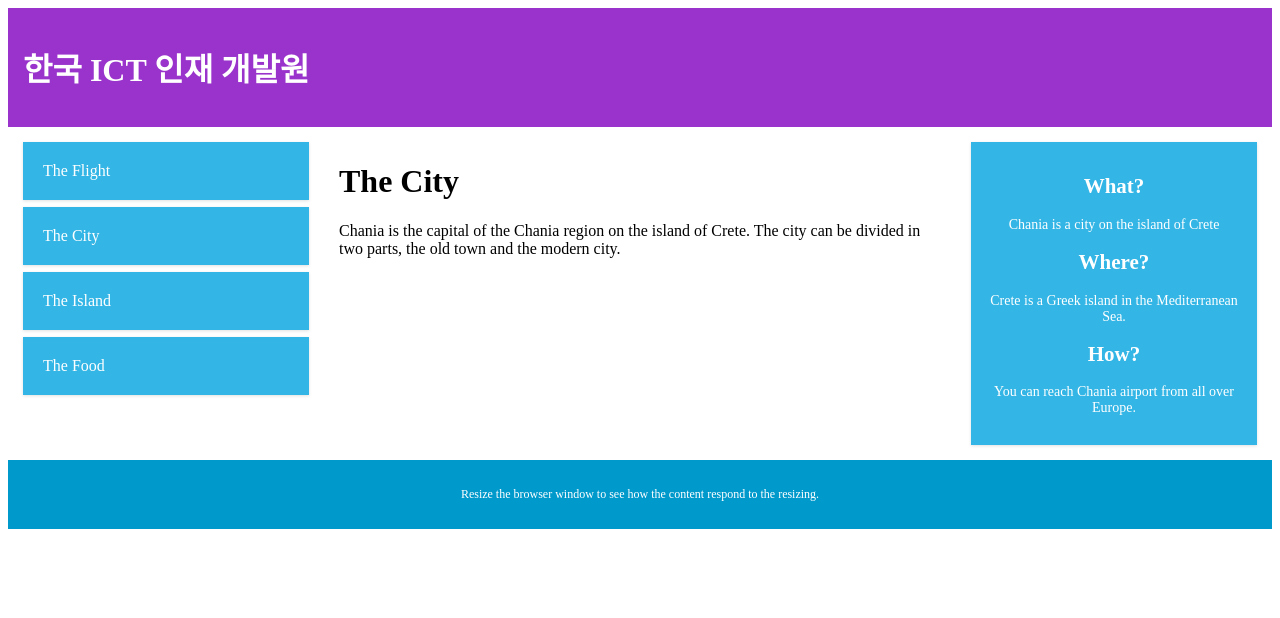
Repository: ady0099/webstudy
Page: 03_javascript/src/main/webapp/day02/ex18_event.html
An editor plug-in stored every save of this project. The page is shown before and after a run of saves, followed by the edit.
The browser window is 1280 px wide. The pictures show the whole page.

Above is the page before, as saved 2023-06-28 07:56:31.

After the next 3 saves:
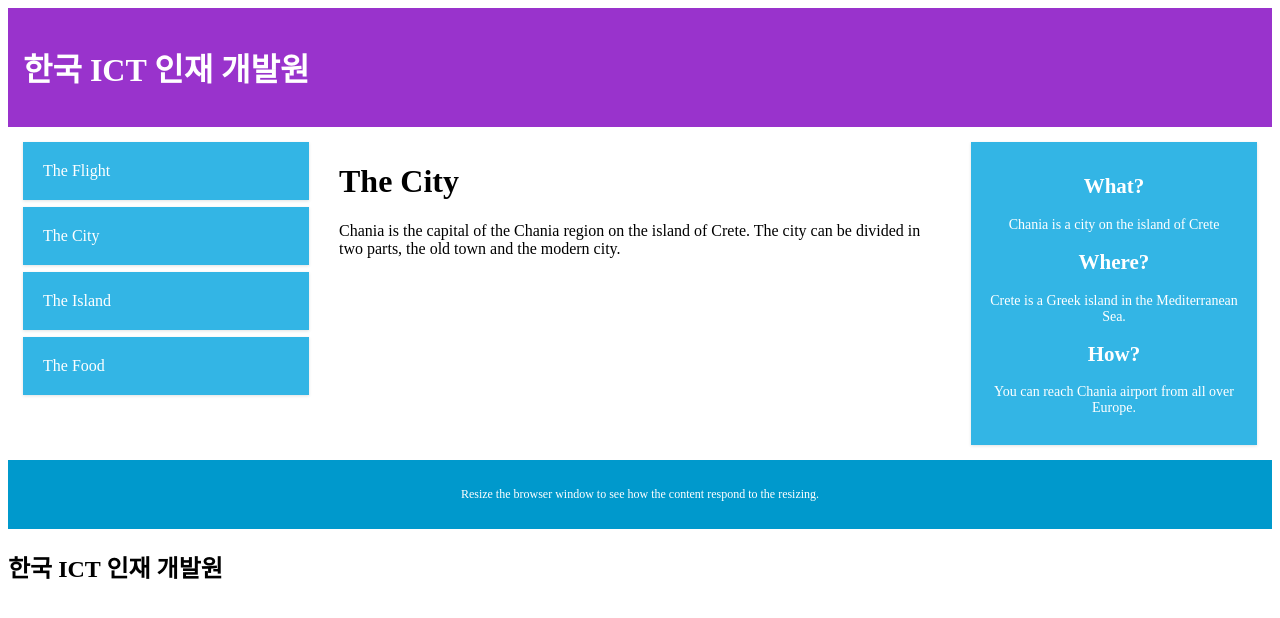
The 3 saves are shown as one change because they came seconds apart.
The last was saved 12 s later.
--- a/03_javascript/src/main/webapp/day02/ex18_event.html
+++ b/03_javascript/src/main/webapp/day02/ex18_event.html
@@ -102,7 +102,10 @@
 			<div class="footer">
 				<p>Resize the browser window to see how the content respond to the resizing.</p>
 			</div>
-			<div id="popup"></div>
+			<div id="popup">
+				<h2>한국 ICT 인재 개발원</h2>
+				<p></p>
+			</div>
 		</div>
 	</body>
 </html>
